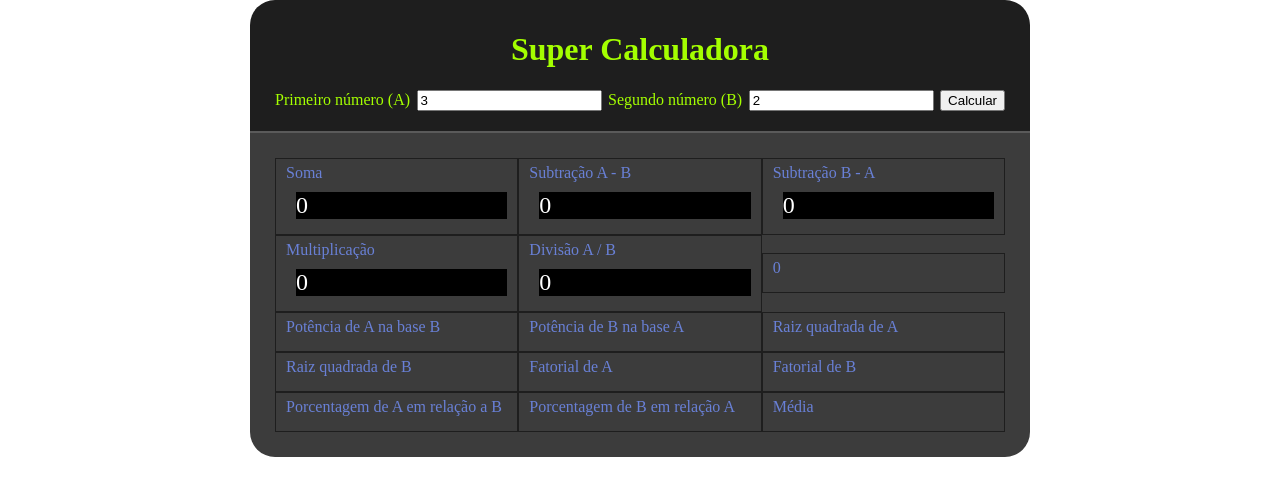
Repository: rrresck/supercalc-xpe
Page: index.html
These files come from the project's save history. The page is drawn as it stood at one moment and after the next save; the edit follows.
The browser window is 1280 px wide. The pictures show the whole page.

Above is the page before, as saved 2023-02-10 21:00:59.
Console error: TypeError: Cannot set properties of null (setting 'innerHTML')

### index.html
<!DOCTYPE html>
<html lang="en">
<head>
    <meta charset="UTF-8">
    <meta http-equiv="X-UA-Compatible" content="IE=edge">
    <meta name="viewport" content="width=device-width, initial-scale=1.0">
    <title>Super Calculadora - Projeto 2 - XP Educação</title>
    <link rel="stylesheet" href="styles.css">
    </head>
<body>
    <header>
        <h1>Super Calculadora</h1>
        <div class="flex inputNumbers">
            <label for="firstNumber">Primeiro número (A)</label>
            <input type="number" name="firstNumber" id="firstNumber" value="3">
            <label for="secondNumber">Segundo número (B)</label>
            <input type="number" name="secondNumber" id="secondNumber" value="2">
            <button id="#calculateButton"> Calcular </button>
        </div>
    </header>
    <main>
        <div class="flex">
            <div class="calculus">
                <p id="sumLabel">Soma</p>
                <p class="result" id="sum"></p>
            </div>
            <div class="calculus">
                <p id="subtractALabel">Subtração A - B</p>
                <p class="result" id="subtractA"></p>
            </div>
            <div class="calculus">
                <p id="subtractBLabel">Subtração B - A</p>
                <p class="result" id="subtractB"></p>
            </div>
        </div>
        <div class="flex">
            <div class="calculus">
                <p id="multiplicationLabel">Multiplicação</p>
                <p class="result" id="multiplication"></p>
            </div>
            <div class="calculus">
                <p id="divisionALabel">Divisão A / B</p>
                <p class="result" id="divisionA"></p>
            </div>
            <div class="calculus">
                <p id="divisionB">Divisão B / A</p>
                <p class="result" id="divisionB"></p>
            </div>
        </div>
        <div class="flex">
            <div class="calculus">
                <p id="powerALabel">Potência de A na base B</p>
                <p class="result" id="powerARes"></p>
            </div>
            <div class="calculus">
                <p id="powerBLabel">Potência de B na base A</p>
                <p class="result" id="powerBRes"></p>
            </div>
            <div class="calculus">
                <p id="squareALabel">Raiz quadrada de A</p>
                <p class="result" id="squareARes"></p>
            </div>
        </div>
        <div class="flex">
            <div class="calculus">
                <p id="squareBLabel">Raiz quadrada de B</p>
                <p class="result" id="squareBRes"></p>
            </div>
            <div class="calculus">
                <p id="factorialALabel">Fatorial de A</p>
                <p class="result" id="factorialARes"></p>
            </div>
            <div class="calculus">
                <p id="factorialBLabel">Fatorial de B</p>
                <p class="result" id="factorialBRes"></p>
            </div>
        </div>
        <div class="flex">
            <div class="calculus">
                <p id="percentageALabel">Porcentagem de A em relação a B</p>
                <p class="result" id="percentageARes"></p>
            </div>
            <div class="calculus">
                <p id="percentageBLabel">Porcentagem de B em relação A</p>
                <p class="result" id="percentageBRes"></p>
            </div>
            <div class="calculus">
                <p id="averageLabel">Média</p>
                <p class="result" id="averageRes"></p>
            </div>
        </div>
    </main>

    <script src="app.js"></script>
</body>
</html>

### styles.css
body {
    max-width: 780px;
    margin: auto;
    border-radius: 25px;
}

header {
    background-color: rgb(30, 30, 30);
    padding: 10px 25px 20px;
    border-top-left-radius: 25px;
    border-top-right-radius: 25px;
    border-bottom: 2px solid rgb(90, 90, 90);
}

.inputNumbers {
    display: flex;
    align-items: center;

}

main {
    background-color: rgb(60, 60, 60);
    padding: 25px;
    border-bottom-left-radius: 25px;
    border-bottom-right-radius: 25px;
    display: flex;
    flex-direction: column;
    justify-content: center;
}

h1 {
    text-align: center;
    color: #a4ff00;
}

label {
    color: #a4ff00;
}

p {
    color: #6980d6;
    margin: 0;
}

#calculateButton {
    background-color: #a4ff00;
    padding: 5px;
    border: none;
    border-radius: 5px;
}

.flex {
    display: flex;
    flex-flow: row nowrap;
    justify-content: space-between;
    align-items: center;
}

.calculus {
    width: 240px;
    border: 1px solid rgb(30, 30, 30);
    padding: 5px 0 5px 10px;
}

.result {
    margin: 10px;
    color: white;
    font-size: 1.5em;
    background-color: black;
}

### app.js
let sumRes = document.getElementById("sum");
let subtractARes = document.getElementById("subtractA");
let subtractBRes = document.getElementById("subtractB");
let multiplicationRes = document.getElementById("multiplication");
let divisionARes = document.getElementById("divisionA");
let divisionBRes = document.getElementById("divisionB");
let powerARes = document.getElementById("powerA");
let powerBRes = document.getElementById("powerB");
let squareARes = document.getElementById("squareA");
let squareBRes = document.getElementById("squareB");
let factorialARes = document.getElementById("factorialA");
let factorialBRes = document.getElementById("factorialB");
let percentageARes = document.getElementById("percentageA");
let percentageBRes = document.getElementById("percentageB");
let averageRes = document.getElementById("average");

sumRes.innerHTML = 0;
subtractARes.innerHTML = 0;
subtractBRes.innerHTML = 0;
multiplicationRes.innerHTML = 0;
divisionARes.innerHTML = 0;
divisionBRes.innerHTML = 0;
powerARes.innerHTML = 0;
powerBRes.innerHTML = 0;
squareARes.innerHTML = 0;
squareBRes.innerHTML = 0;
factorialARes.innerHTML = 0;
factorialBRes.innerHTML = 0;
percentageARes.innerHTML = 0;
percentageBRes.innerHTML = 0;
averageRes.innerHTML = 0;

const sum = (a, b) => {
    sumRes.innerHTML = a + b;
}

const subtraction = (a, b) => {
    subtractARes.innerHTML = a - b;
    subtractBRes.innerHTML = b - a;
}

const multiplication = (a, b) => {
    multiplicationRes.innerHTML = a * b;
}

const division = (a, b) => {
    divisionARes.innerHTML = (a / b).toFixed(2);
    divisionBRes.innerHTML = (b / a).toFixed(2);
}

const power = (a, b) => {
    powerARes.innerHTML = Math.pow(a, b);
    powerBRes.innerHTML = Math.pow(b, a);
}

const squareRoot = (a, b) => {
    squareARes.innerHTML = Math.sqrt(a).toFixed(2);
    squareBRes.innerHTML = Math.sqrt(b).toFixed(2);
}

const factorial = (a, b) => {
    if (a < 19) {
        let factorialAvalue = 1;

        for (var i = a; i > 1; i--) {
            factorialAvalue *= i;
            console.log('factorialAvalue', factorialAvalue)
        }
        factorialARes.innerHTML = factorialAvalue;
    } else {
        factorialARes = 'Valor MUITO grande';
    };

    if (b < 19) {
        let factorialBvalue = 1;

        for (var i = b; i > 1; i--) {
            factorialBvalue *= i;
            console.log('factorialBvalue', factorialBvalue)
        }
        factorialBRes.innerHTML = factorialBvalue;
    } else {
        factorialBRes = 'Valor MUITO grande';
    };
}

const percentage = (a, b) => {
    percentageARes.innerHTML = ((b * 100)/a).toFixed(0) +'%';
    percentageBRes.innerHTML = ((a * 100)/b).toFixed(0) +'%';
}

const average = (a, b) => {
    averageRes.innerHTML = (a + b)/2;
}

const calculate = () => {
    let aInput = document.getElementById("firstNumber").value;
    let bInput = document.getElementById("secondNumber").value;

    let a = parseInt(aInput);
    let b = parseInt(bInput);

    sum(a, b);
    subtraction(a, b);
    multiplication(a, b);
    division(a, b);
    power(a, b);
    squareRoot(a, b);
    factorial(a, b);
    percentage(a, b);
    average(a, b);
}

After the next save:
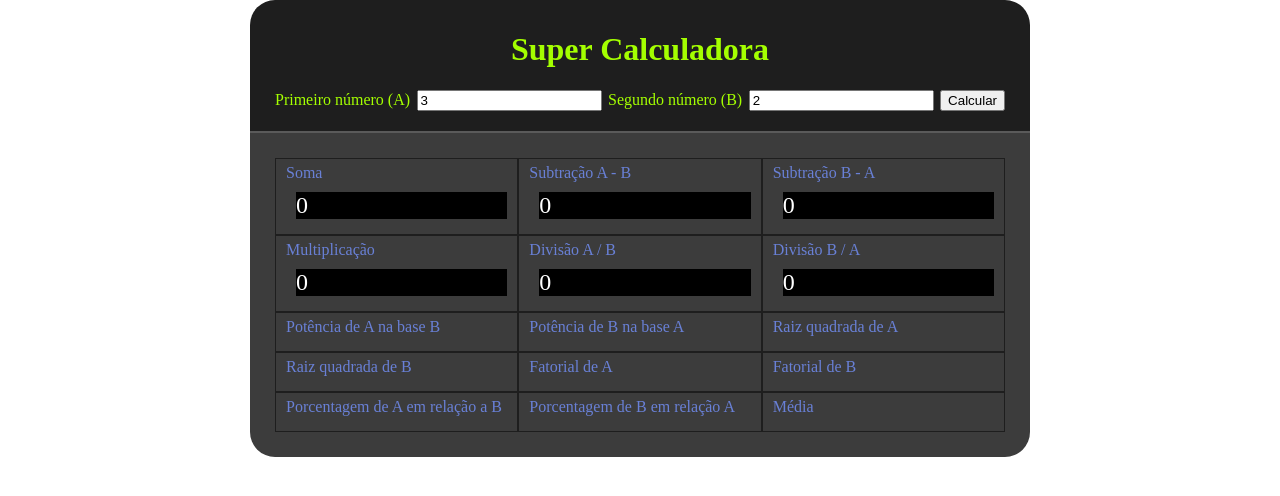
Saved 19 s later.
--- a/index.html
+++ b/index.html
@@ -43,7 +43,7 @@
                 <p class="result" id="divisionA"></p>
             </div>
             <div class="calculus">
-                <p id="divisionB">Divisão B / A</p>
+                <p id="divisionBLabel">Divisão B / A</p>
                 <p class="result" id="divisionB"></p>
             </div>
         </div>
